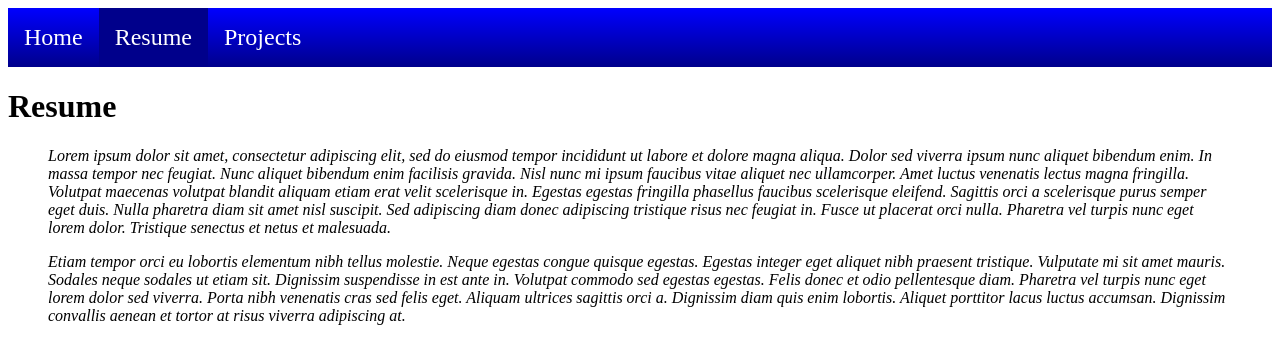
Repository: jason-ward220/jason-ward220.github.io
Page: resume.html
The author's editor kept a record of every edit. The page is drawn from the files as they stood at one moment, then again after the next edit.
The browser window is 1280 px wide. The pictures show the whole page.

Above is the page before.

After the next edit:
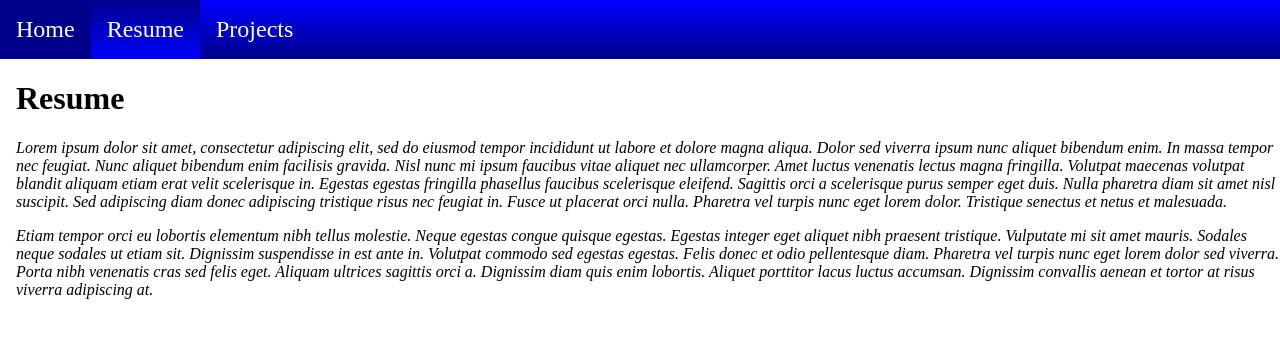
The edit:
--- a/resume.html
+++ b/resume.html
@@ -2,53 +2,7 @@
 <html>
     <head>
         <title>Home</title>
-        <style>
-            .navbar
-            {
-                list-style: none;
-                background-image: linear-gradient(blue, darkBlue);
-                overflow: hidden;
-                padding: 0;
-                margin: 0;
-            }
-            .navbar a, .dropdown div
-            {
-                text-decoration: none;
-                color: white;
-                font-size: 24px;
-                padding: 16px;
-                display: inline-block;
-            }
-            .navbar li
-            {
-                float: left;
-            }
-            .navbar li:hover
-            {
-                background-image: linear-gradient(darkBlue, blue);
-            }
-            .dropdown-content
-            {
-                list-style: none;
-                padding: 0;
-                display: none;
-                position: absolute;
-                z-index: 1;
-                background-color: blue;
-            }
-            .dropdown-content li
-            {
-                float: none;
-            }
-            .dropdown:hover .dropdown-content
-            {
-                display: block;
-            }
-            .active
-            {
-                background-color: darkBlue;
-            }
-        </style>
+        <link rel="stylesheet" type="text/css" href="style.css">
     </head>
     <body>
         <ul class=navbar>
